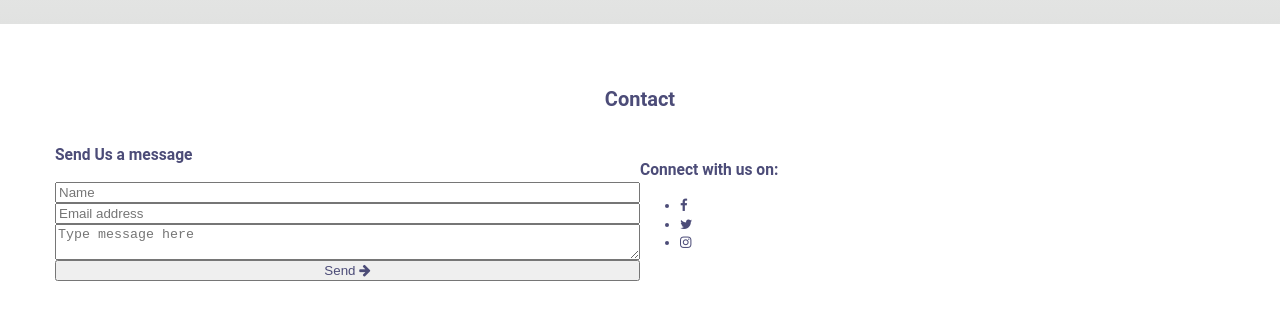
Repository: wisdomspine/emmatech-website
Page: index.html
These files come from the project's save history. The page is drawn as it stood at one moment and after the next save; the edit follows.
The browser window is 1280 px wide. The pictures show the part of the page from y = 1532 to 2073 px (the page is 1857 px tall before and 2073 px after).
A picture or video elsewhere on the page could not be fetched, so the positions and the page height are approximate.

Above is the page before, as saved 2020-11-02 12:16:52.

After the next save:
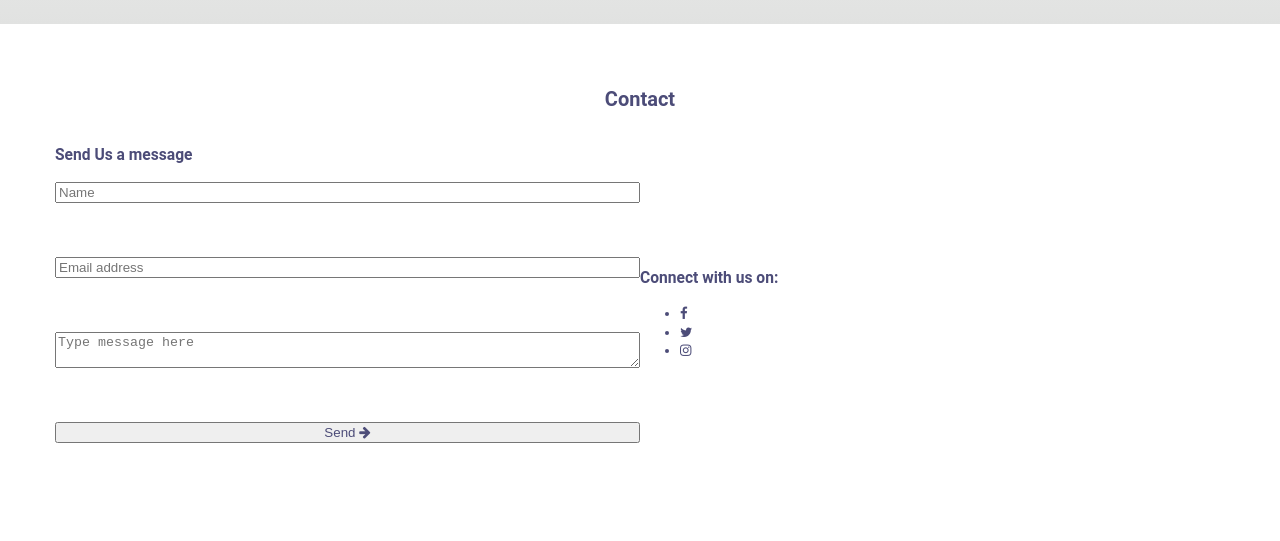
Saved 71 s later.
--- a/assets/styles/index.css
+++ b/assets/styles/index.css
@@ -123,3 +123,7 @@
     flex-flow: column nowrap;
     align-items: stretch;
 }
+
+.home-contact .home-contact-content>div:first-child form div{
+    margin-bottom: 54px;
+}
